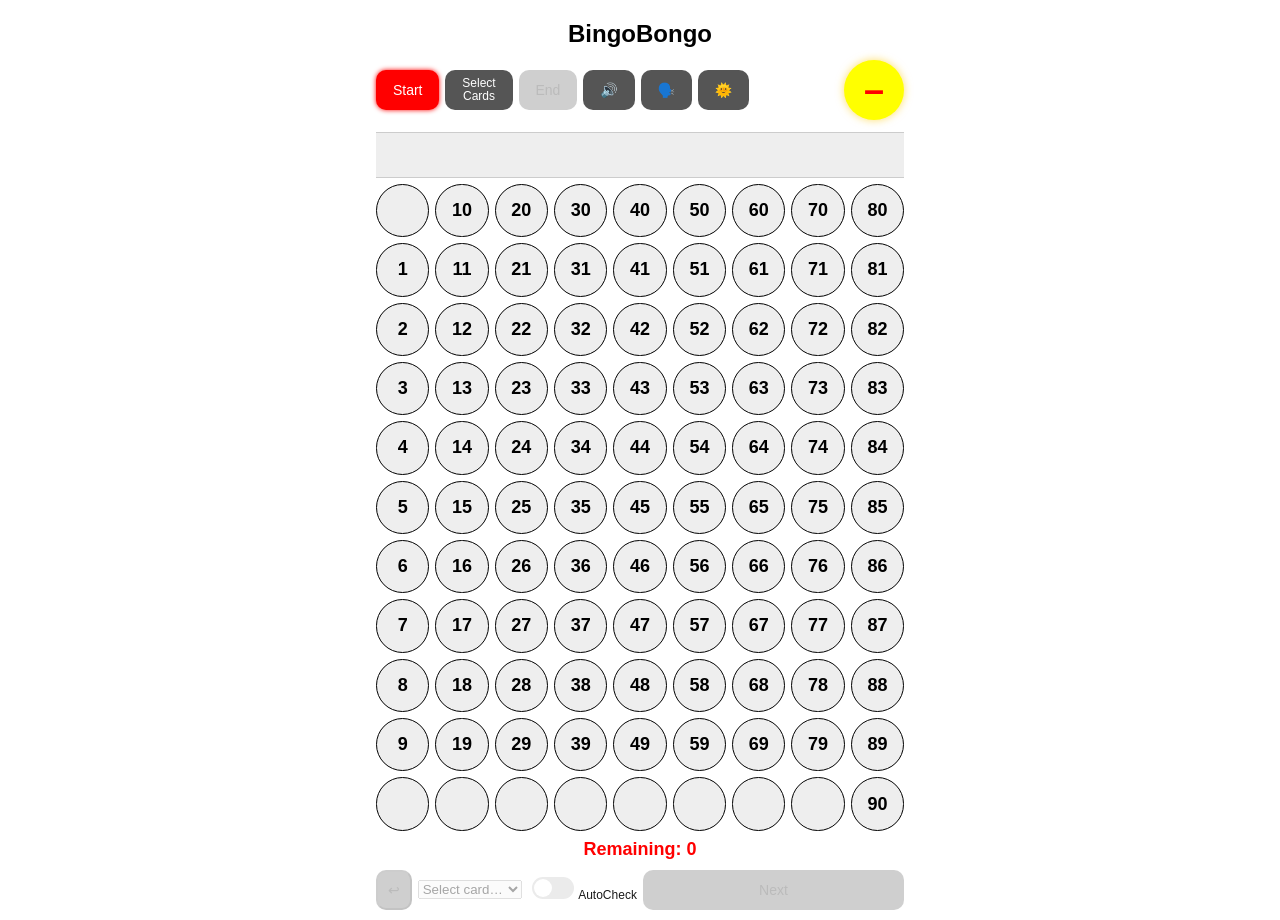
Repository: jcat00uk/BingoBongo
Page: Bingocaller.html
These files come from the project's save history. The page is drawn as it stood at one moment and after the next save; the edit follows.
The browser window is 1280 px wide. The pictures show the whole page.

Above is the page before, as saved 2026-02-20 17:27:06.

After the next save:
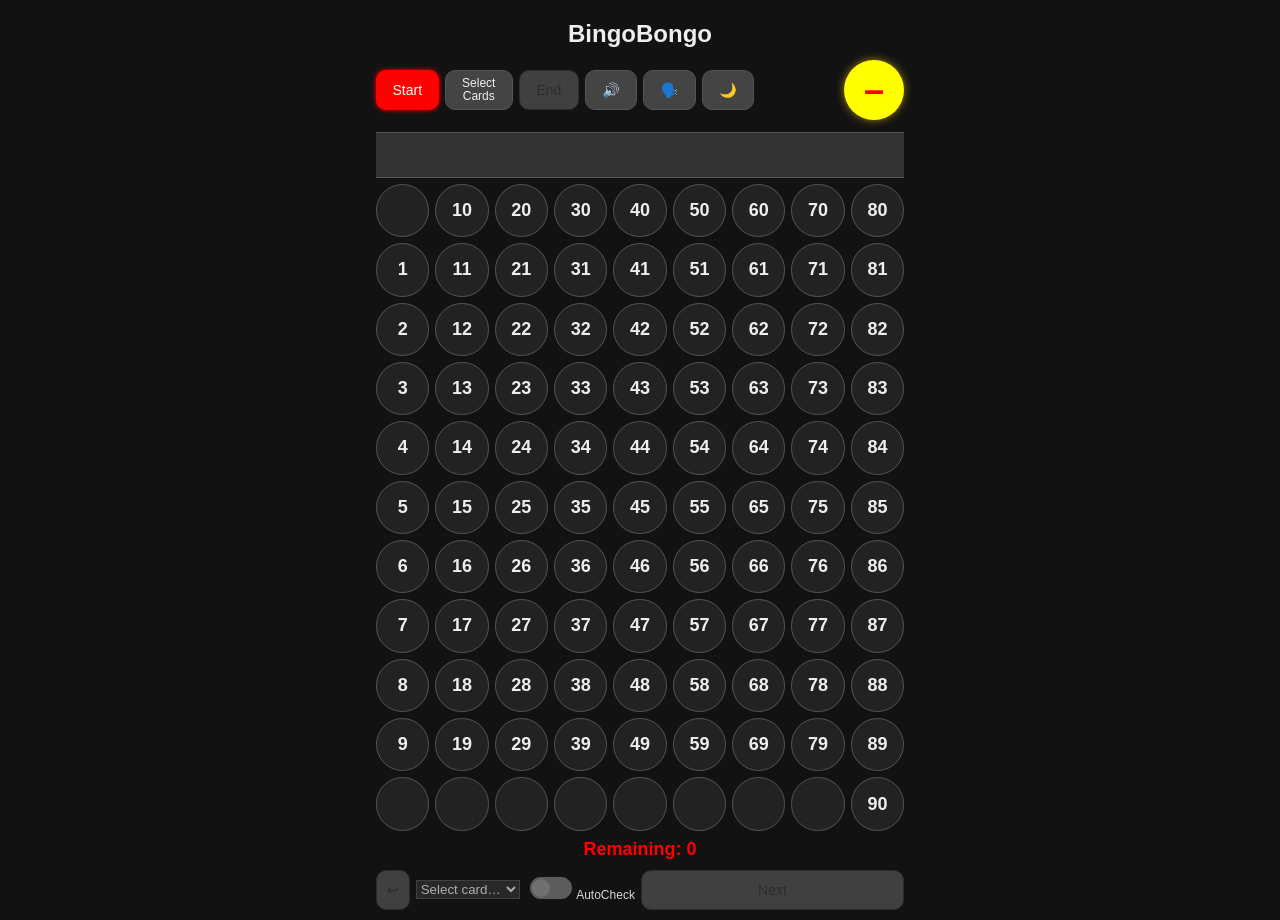
Saved 12 min 57 s later.
--- a/Bingocaller.html
+++ b/Bingocaller.html
@@ -6,7 +6,7 @@
   <meta name="viewport" content="width=device-width, initial-scale=1.0" />
   <link rel="stylesheet" href="style.css" />
 </head>
-<body>
+<body class="night-mode">
 
 <h2>BingoBongo</h2>
 

After the save that followed:
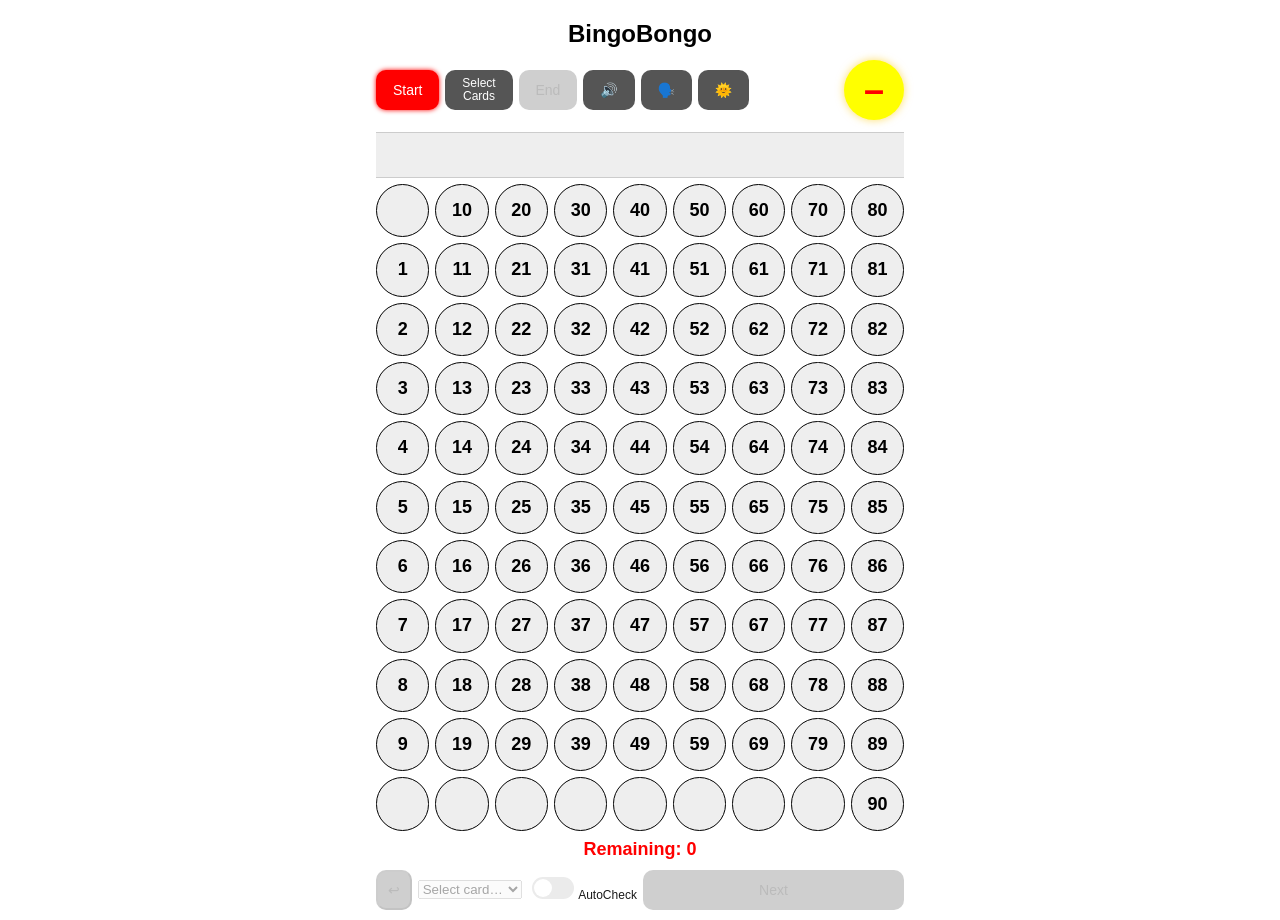
Saved 23 s later.
--- a/Bingocaller.html
+++ b/Bingocaller.html
@@ -6,7 +6,7 @@
   <meta name="viewport" content="width=device-width, initial-scale=1.0" />
   <link rel="stylesheet" href="style.css" />
 </head>
-<body class="night-mode">
+<body>
 
 <h2>BingoBongo</h2>
 
